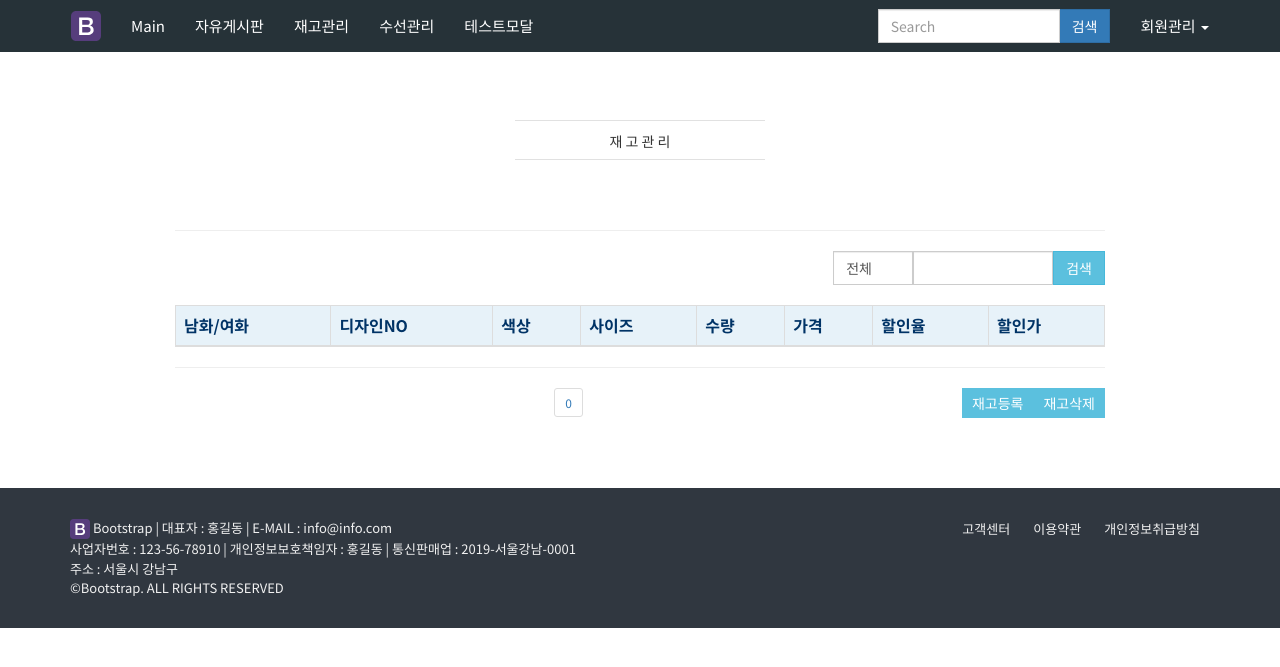
Repository: RattenLegs/Project_Inventory
Page: http://localhost/Project_Inventory/WEB-INF/views/inventoryboard/inventoryList.jsp
These files come from the project's save history. The page is drawn as it stood at one moment and after the next save; the edit follows.
The browser window is 1280 px wide. The pictures show the whole page.
Some web libraries are served in a nearby version. The page is served by Tomcat 9. Nobody is signed in. The template is opened directly, without the code that normally fills it, so the values that code supplies are empty.

Above is the page before, as saved 2023-02-27 03:27:30.
Console error: TypeError: Cannot read properties of null (reading 'addEventListener')

After the next save:
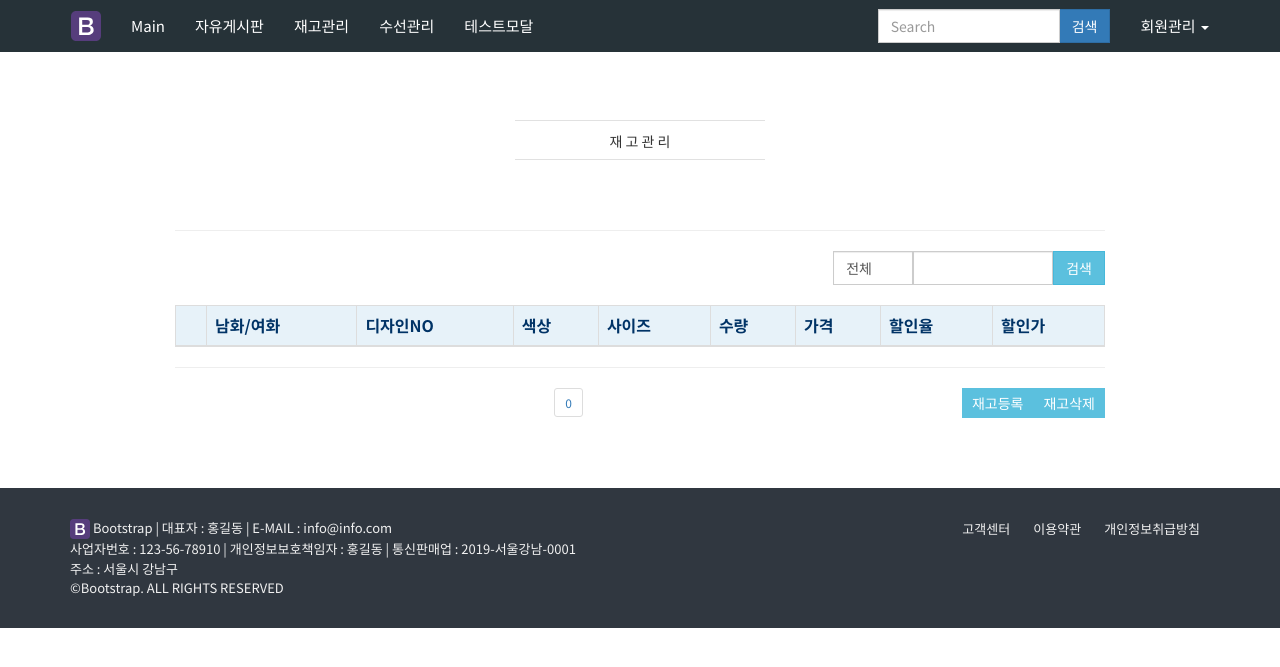
Saved 8 h 7 min later.
--- a/Project_Inventory/src/main/webapp/WEB-INF/views/inventoryboard/inventoryList.jsp
+++ b/Project_Inventory/src/main/webapp/WEB-INF/views/inventoryboard/inventoryList.jsp
@@ -27,6 +27,7 @@
 					<table class="table table-bordered">
 						<thead>
 							<tr>
+								<th><input class="form-check-input" type="checkbox" value="" id="flexCheckDefault"></th>
 								<th>남화/여화</th>
 								<th>디자인NO</th>
 								<th>색상</th>

After the save that followed:
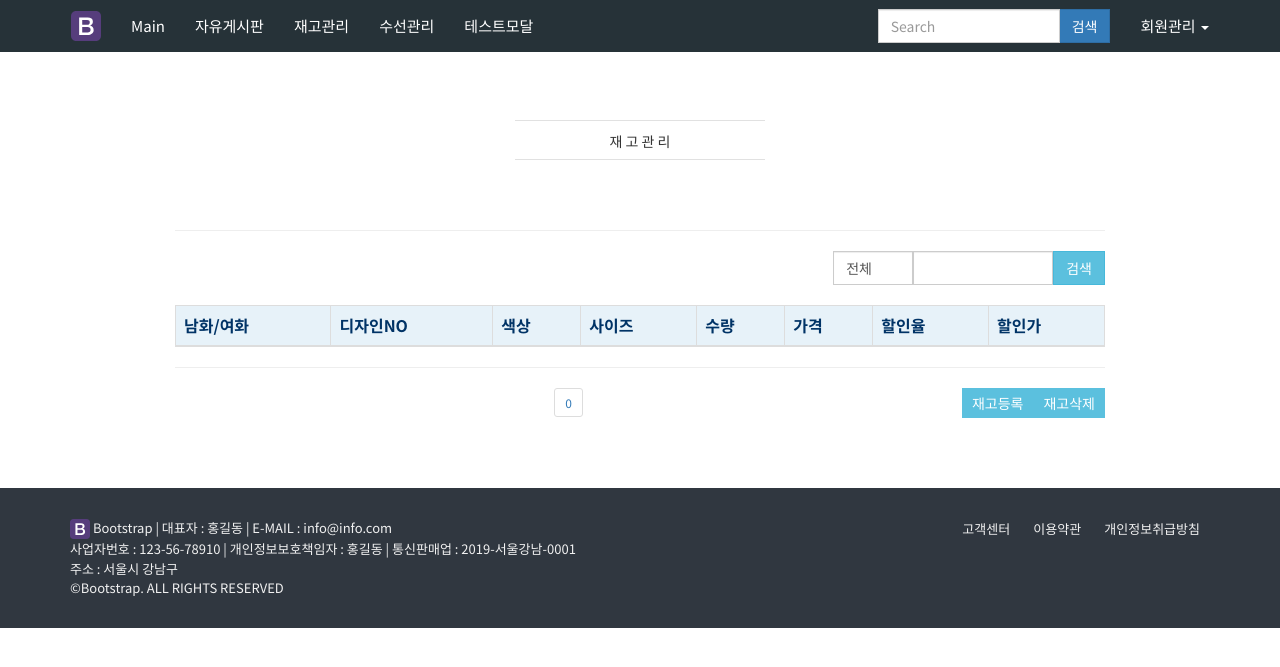
Saved 25 s later.
--- a/Project_Inventory/src/main/webapp/WEB-INF/views/inventoryboard/inventoryList.jsp
+++ b/Project_Inventory/src/main/webapp/WEB-INF/views/inventoryboard/inventoryList.jsp
@@ -27,7 +27,7 @@
 					<table class="table table-bordered">
 						<thead>
 							<tr>
-								<th><input class="form-check-input" type="checkbox" value="" id="flexCheckDefault"></th>
+<!-- 								<th><input class="form-check-input" type="checkbox" value="" id="flexCheckDefault"></th> -->
 								<th>남화/여화</th>
 								<th>디자인NO</th>
 								<th>색상</th>
